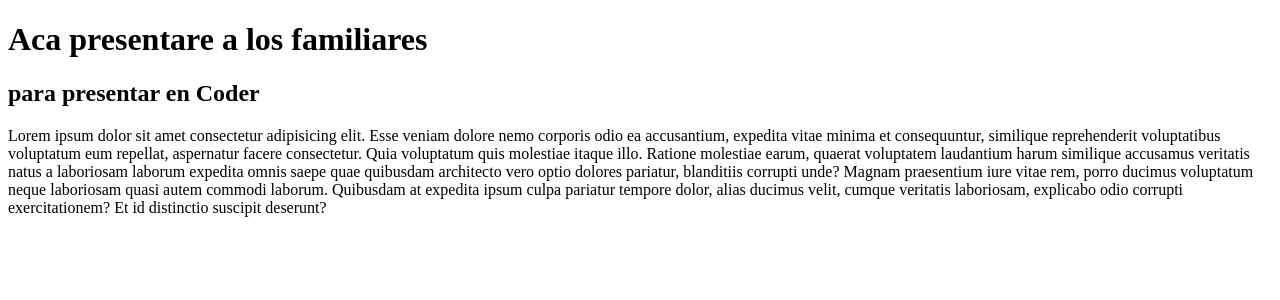
Repository: gadiazsaavedra/Familiares
Page: Familiares/Familiares/plantillas/template1.html
An editor plug-in stored every save of this project. The page is shown before and after the next save, followed by the edit.
The browser window is 1280 px wide. The pictures show the whole page.

Above is the page before, as saved 2021-12-07 16:18:22.

After the next save:
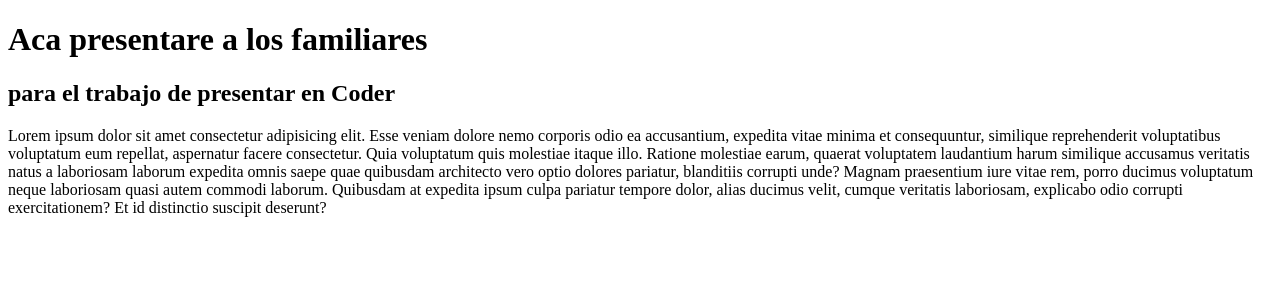
Saved 10 s later.
--- a/Familiares/Familiares/plantillas/template1.html
+++ b/Familiares/Familiares/plantillas/template1.html
@@ -8,7 +8,7 @@
 </head>
 <body>
     <h1>Aca presentare a los familiares</h1>
-    <h2>para presentar en Coder</h2>
+    <h2>para el trabajo de presentar en Coder</h2>
     <p>Lorem ipsum dolor sit amet consectetur adipisicing elit. Esse veniam dolore nemo corporis odio ea accusantium, expedita vitae minima et consequuntur, similique reprehenderit voluptatibus voluptatum eum repellat, aspernatur facere consectetur. Quia voluptatum quis molestiae itaque illo. Ratione molestiae earum, quaerat voluptatem laudantium harum similique accusamus veritatis natus a laboriosam laborum expedita omnis saepe quae quibusdam architecto vero optio dolores pariatur, blanditiis corrupti unde? Magnam praesentium iure vitae rem, porro ducimus voluptatum neque laboriosam quasi autem commodi laborum. Quibusdam at expedita ipsum culpa pariatur tempore dolor, alias ducimus velit, cumque veritatis laboriosam, explicabo odio corrupti exercitationem? Et id distinctio suscipit deserunt?</p>
 </body>
 </html>
